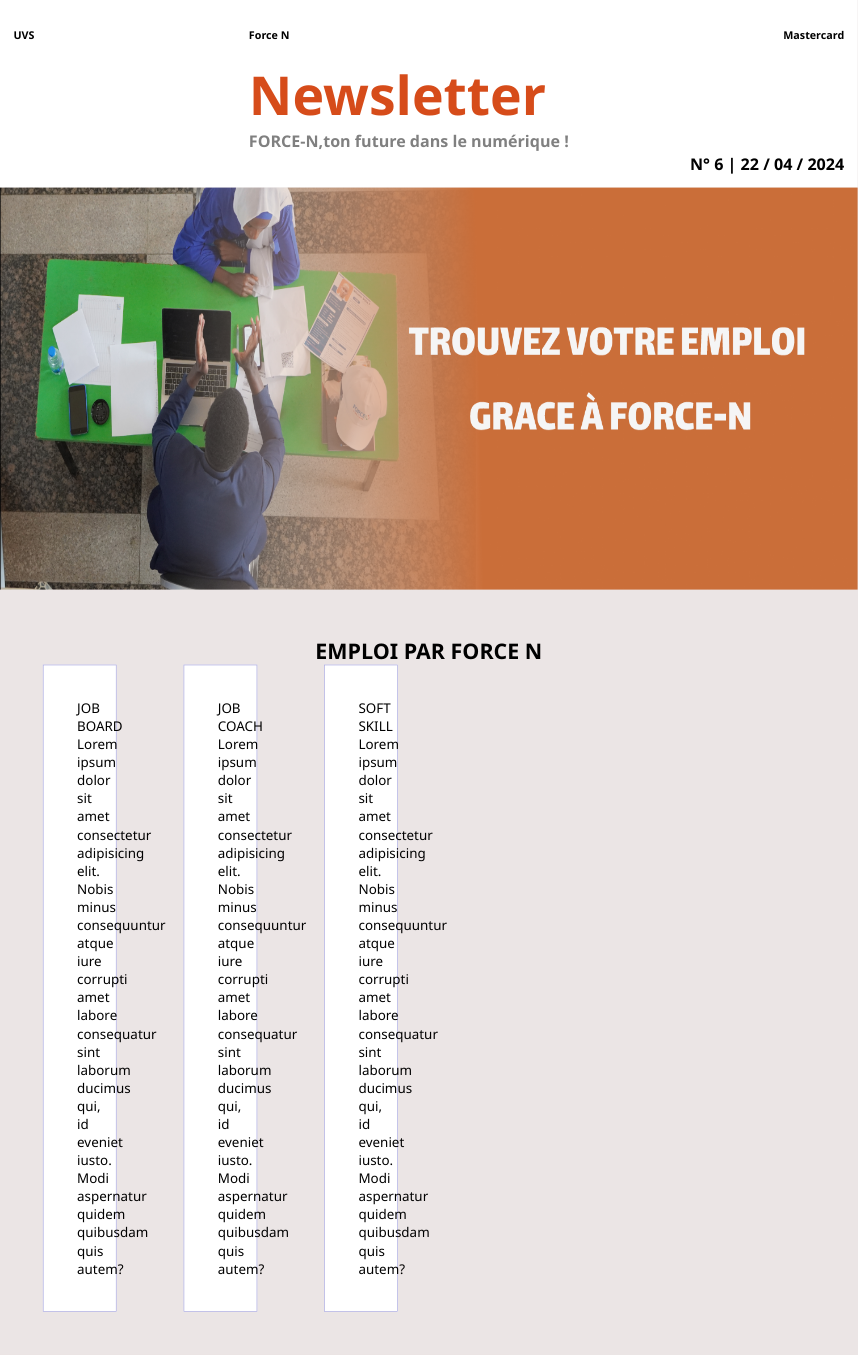
Repository: Ken-dia/newsletters_force_n
Page: index.html
An editor plug-in stored every save of this project. The page is shown before and after the next save, followed by the edit.
The browser window is 1280 px wide. The pictures show the whole page, at 67% of full size.

Above is the page before, as saved 2024-04-18 15:59:24.

After the next save:
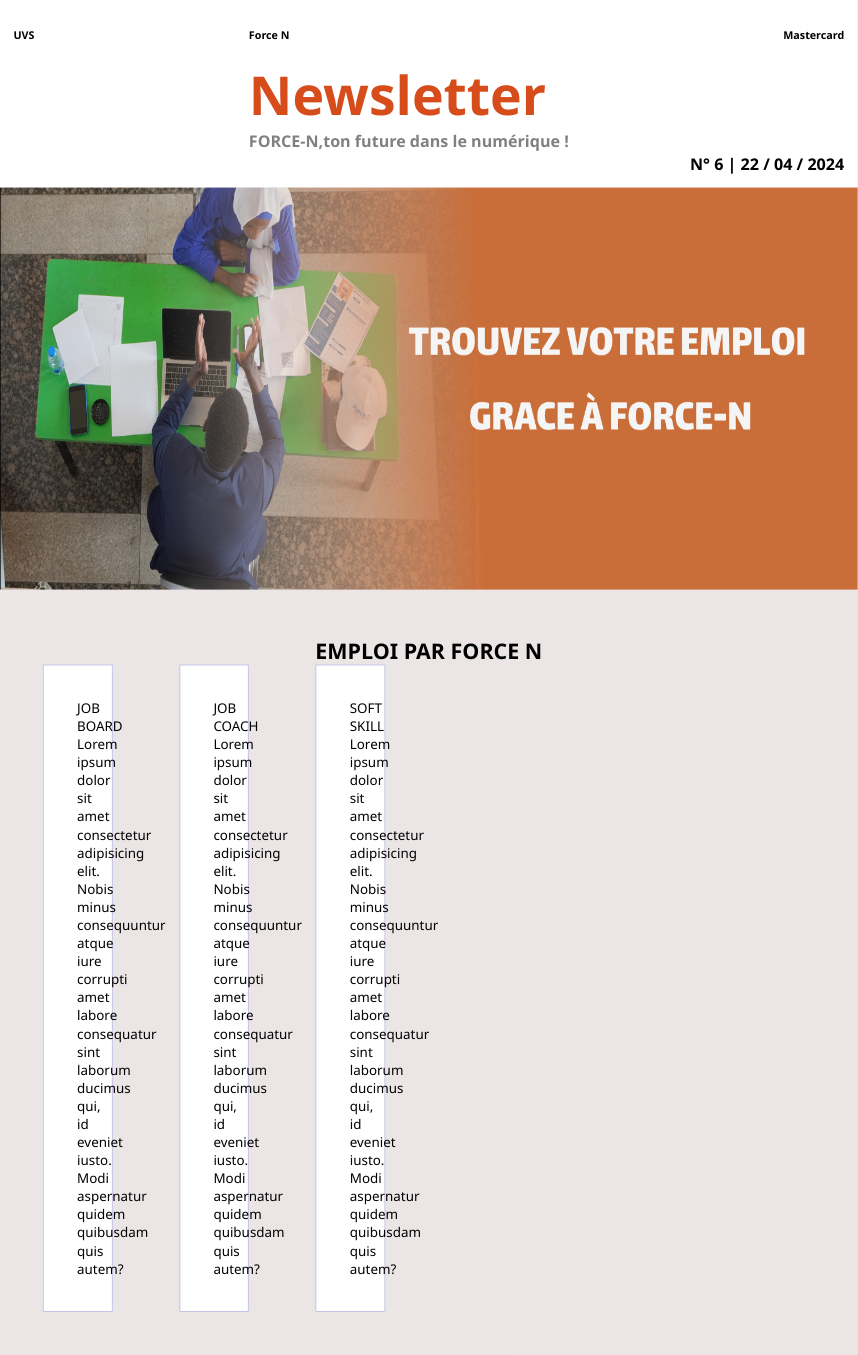
Saved 16 s later.
--- a/styles.css
+++ b/styles.css
@@ -44,6 +44,6 @@
     background-color: white;
     border: 1px solid rgb(168, 168, 224);
     font-size: 20px;
-    inline-size: 8px;
+    inline-size: 1.5px;
     padding: 50px;
 }
